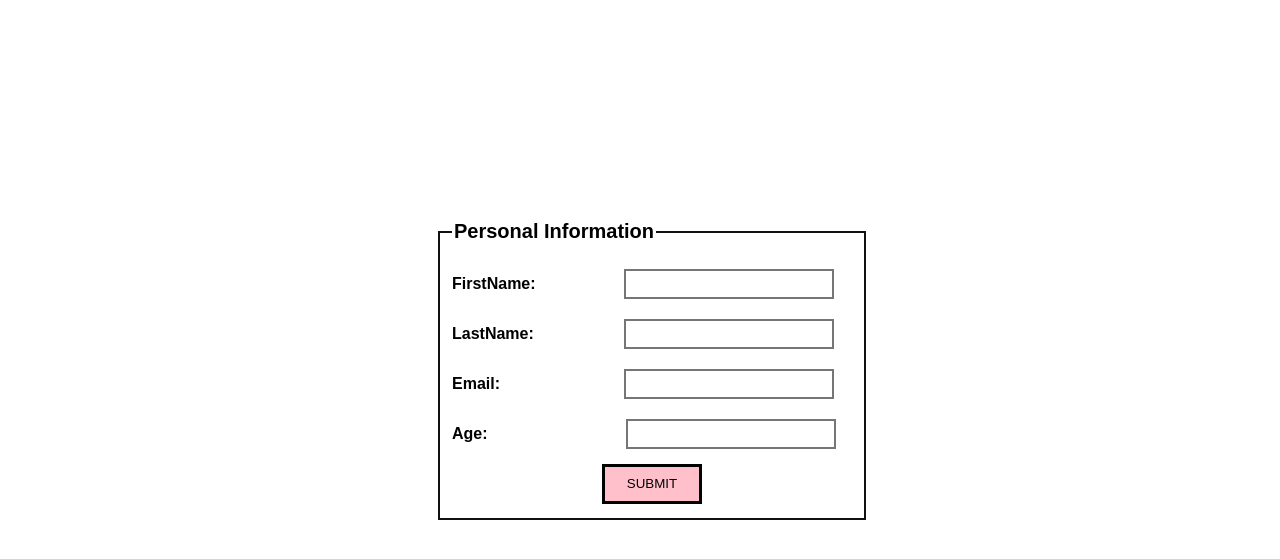
Repository: Femi007-gh/Legend
Page: index.html
These files come from the project's save history. The page is drawn as it stood at one moment and after the next save; the edit follows.
The browser window is 1280 px wide. The pictures show the whole page.

Above is the page before, as saved 2025-04-05 08:05:54.

### index.html
<html>
  <head>
    <title>LEGEND</title>
    <link rel="stylesheet" href="style.css">
  </head>
  <body>
    <form>
      <fieldset class="field">
        <legend class="ld">Personal Information</legend>
        <label class="first">FirstName:</label>
        <input type="text" class="FN"><br>

        <label class="last">LastName:</label>
        <input type="text" class="LN"> <br>

        <label class="mail">Email:</label>
        <input type="text" class="email"> <br>

        <label class="yourage">Age:</label>
        <input type="text" class="age"> <br>
         <a href="index2.html">
          <button class="sub" type="button">SUBMIT</button>
        </a>
      </fieldset>
    </form>
  </body>
</html>

### style.css
body {
  font-family:Arial, Helvetica, sans-serif;
  font-weight: bold;
}

.ld {
  font-size: 20px;
}

.field {
  border: 2px solid #111;
  width: 400px;
  height: 280px;
  margin-left: 430px;
  margin-top: 220px;
}

.FN {
  margin-top: 20px;
  margin-left: 84px;
  border-style: solid;
  height: 30px;
  width: 210px;
}

.LN {
  margin-top: 20px;
  margin-left: 86px;
  border-style: solid;
  height: 30px;
  width: 210px;
}

.email {
  margin-top: 20px;
  margin-left:120px;
  height: 30px;
  border-style: solid;
  width: 210px;
}

.age {
  margin-top: 20px;
  margin-left: 134px;
  border-style: solid;
  height: 30px;
  width: 210px;
}

input {
  background-color: white;
}

.sub {
  height: 40px;
  width: 100px;
  margin-left: 150px;
  margin-top: 15px;
  border: none;
  background-color: pink;
  border-style: solid;
  cursor: pointer;
}

.sub:hover {
  background-color: blue;
}

After the next save:
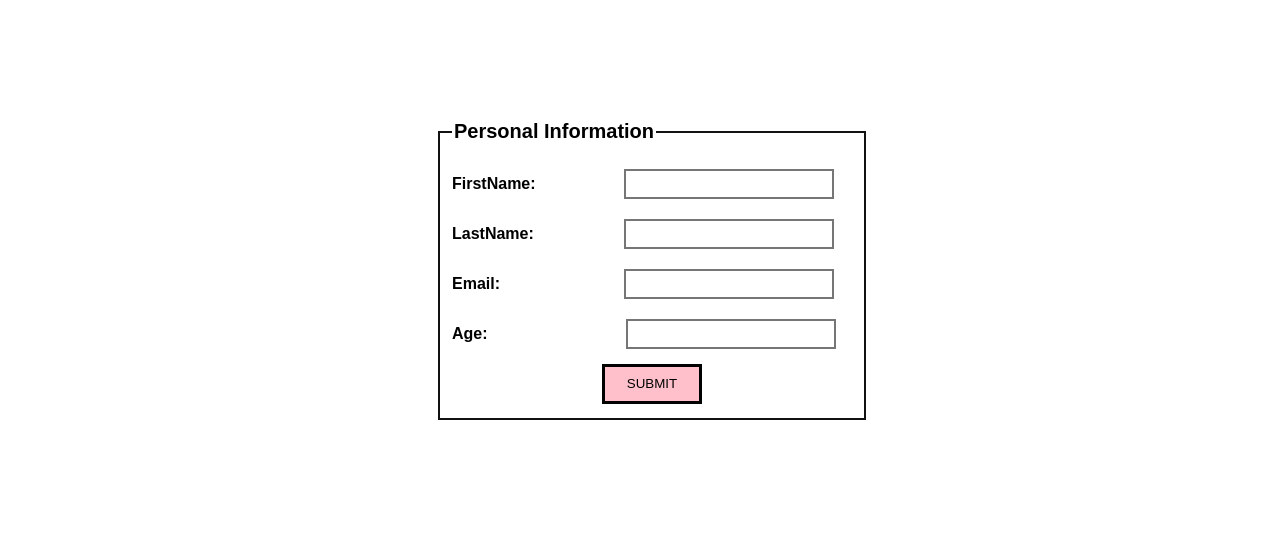
Saved 4 s later.
--- a/style.css
+++ b/style.css
@@ -12,7 +12,7 @@ body {
   width: 400px;
   height: 280px;
   margin-left: 430px;
-  margin-top: 220px;
+  margin-top: 120px;
 }
 
 .FN {
